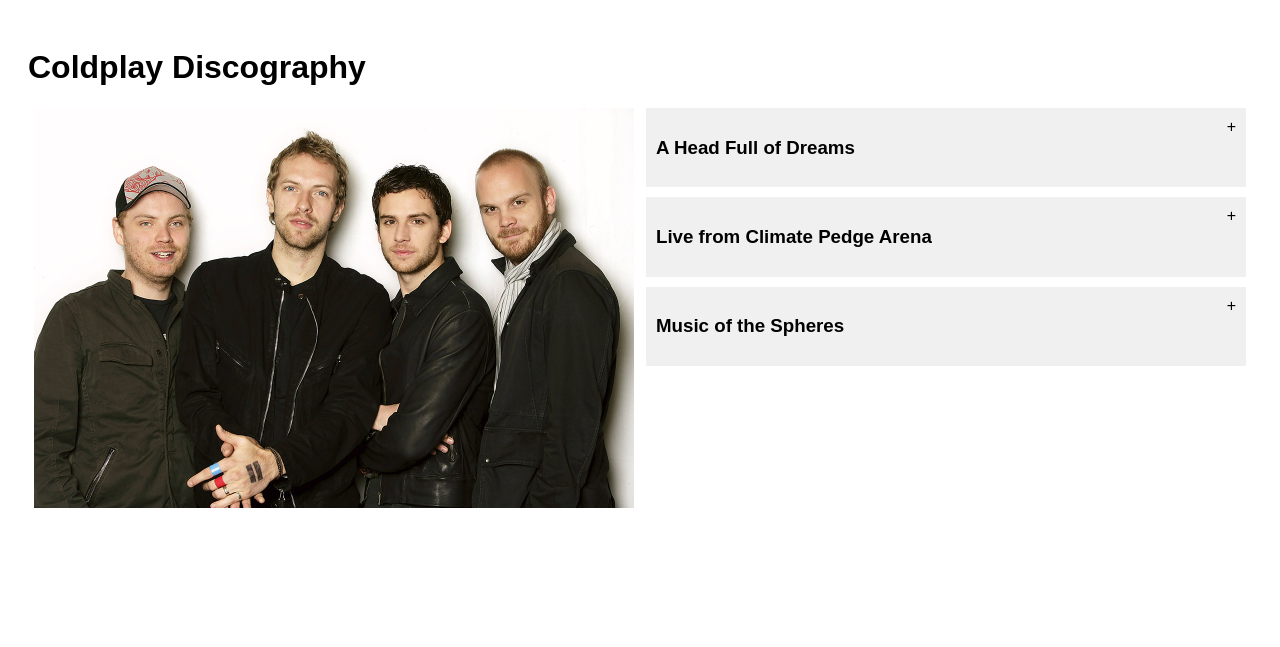
Repository: MelissaJacobi/Frontend-lab-1
Page: /
The author's editor kept a copy of each file at every save. The page is drawn from the files as they stood at one save, then again after the next save.
The browser window is 1280 px wide. The pictures show the whole page.
The project was rebuilt for these pictures with package versions that can differ from the ones it lists, and the page was loaded fresh each time. Also part of the build but not shown: vite.config.js.

Above is the page before, as saved 2024-09-11 11:53:12.

### src/App.jsx
import React from 'react';
import './index.css';
import Accordion from './Components/Accordion';

function App() {
  return (
    <div className="app">
      <h1>Coldplay Discography</h1>
      <div className='content'>
        <img className="accordion" src="/public/Coldplay-All-Members.jpg" alt="coldplay members"></img>
        <Accordion />
      </div>
    </div>
  );
}

export default App;

### src/index.css
.app {
  font-family: sans-serif;
  padding: 20px;
}

.accordion {
  width: 100%;
  max-width: 600px;
  margin: 0 auto;
}

.band-img {
  width: 600px;
  height: 500px;
  margin: 0 auto;
}

.accordion-item {
  margin-bottom: 10px;
}

.accordion-header {
  padding: 10px;
  cursor: pointer;
  display: flex;
  justify-content: space-between;
  background-color: #f0f0f0;
}

.accordion-content {
  padding: 10px;
  background-color: #fff;
}

.accordion-header:hover {
  background-color: #e0e0e0;
}

.content {
  display: flex;
  justify-content: center;
}

### src/Components/Accordion.jsx
import React, { useState } from 'react';

const AccordionItem = ({ title, content }) => {
  const [isOpen, setIsOpen] = useState(false);

  const toggleAccordion = () => {
    setIsOpen(!isOpen);
  };

  return (
    <div className="accordion-item">
      <div className="accordion-header" onClick={toggleAccordion}>
        <h3>{title}</h3>
        <span>{isOpen ? '-' : '+'}</span>
      </div>
      {isOpen && (
        <div className="accordion-content">
          {content.map((item, index) => (
            <p key={index}>{item}</p>
          ))}
        </div>
      )}
    </div>
  );
};

const Accordion = () => {
  const accordionData = [
    {
      title: 'A Head Full of Dreams',
      content: ['A Head Full of Dreams', 'Birds', 'Hymn For the Weekend', 'Everglow', 'Adventure of a Lifetime', 'Fun', 'keleidoscope', 'Army of One', 'Amazing day', 'Color Spectrum', 'Up&Up', 'Something just like this'],
    },
    {
      title: 'Live from Climate Pedge Arena',
      content: ['Viva la Vida', 'Human Heart', 'People of Pride', 'Fix you'],
    },
    {
      title: 'Music of the Spheres',
      content: ['Music of the Spheres', 'Higher power', 'Humankind', 'Alien Choir', 'Let somebody go', 'Biutyful', 'my universe', 'infinity sign', 'Coloratura', 'higher power', 'My Universe'],
    },
  ];

  return (
    <div className="accordion">
      {accordionData.map((item, index) => (
        <AccordionItem key={index} title={item.title} content={item.content} />
      ))}
    </div>
  );
};

export default Accordion;

Loaded but not shown: index.html (common file); src/main.jsx (common file)

After the next save:
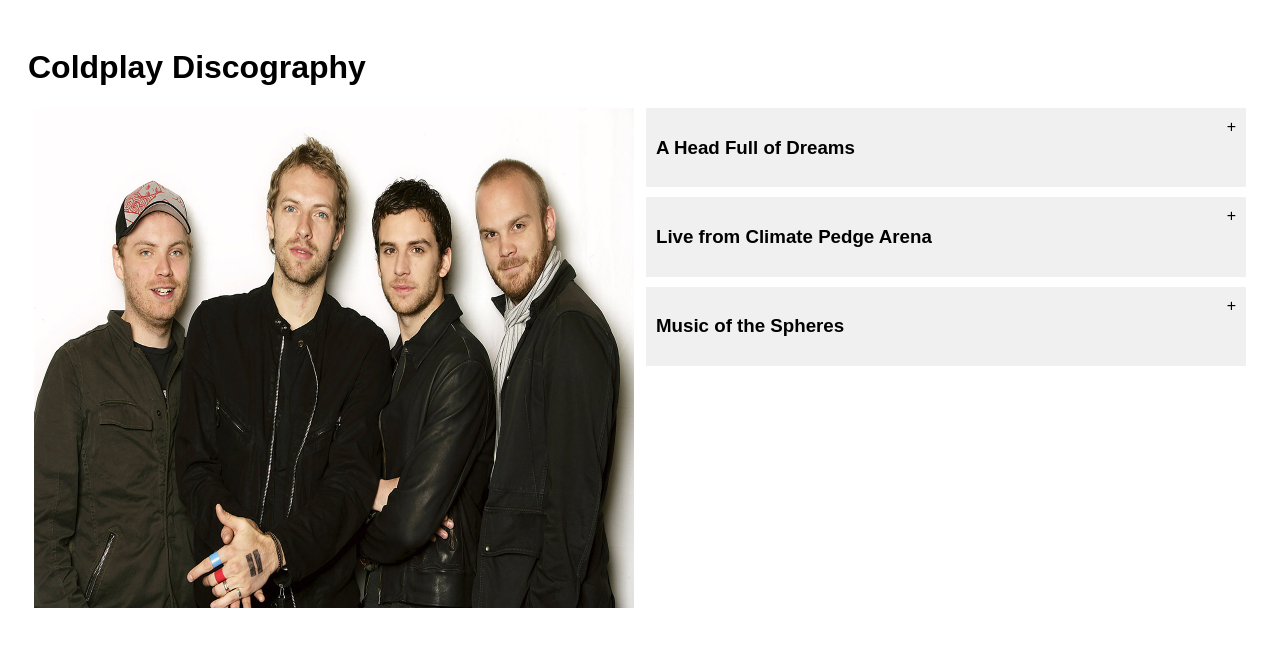
Saved 6 s later.
--- a/src/App.jsx
+++ b/src/App.jsx
@@ -7,7 +7,7 @@
     <div className="app">
       <h1>Coldplay Discography</h1>
       <div className='content'>
-        <img className="accordion" src="/public/Coldplay-All-Members.jpg" alt="coldplay members"></img>
+        <img className="band-img" src="/public/Coldplay-All-Members.jpg" alt="coldplay members"></img>
         <Accordion />
       </div>
     </div>

After the save that followed:
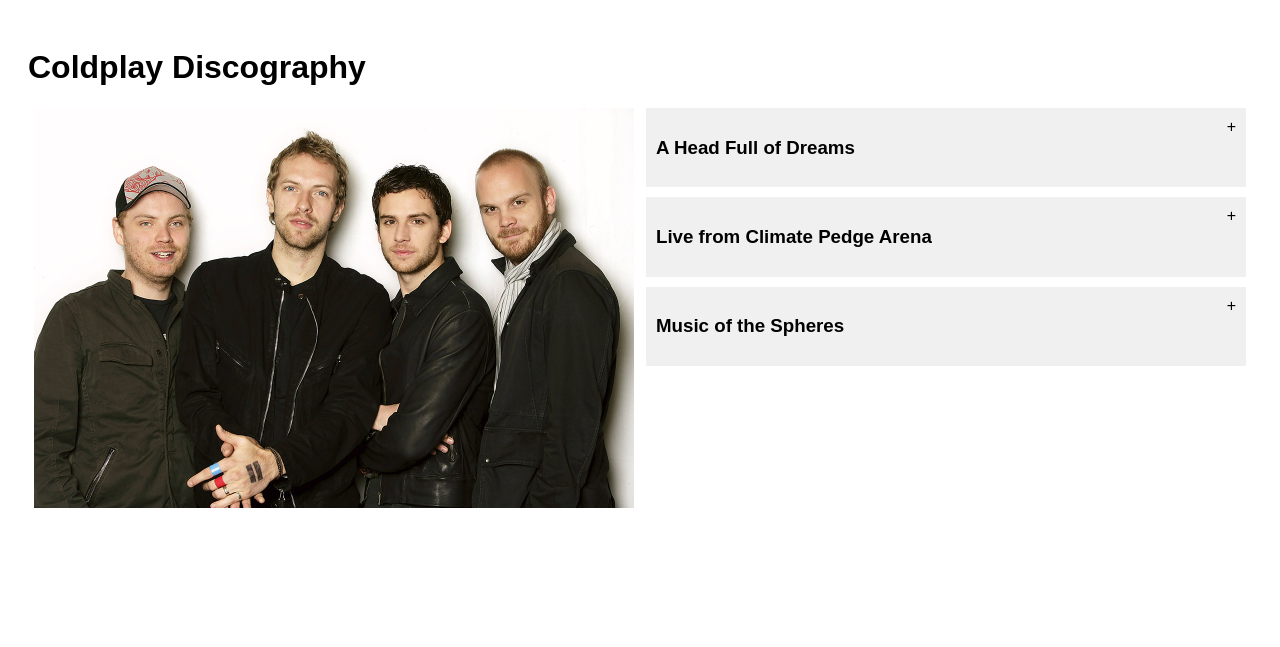
Saved 14 s later.
--- a/src/index.css
+++ b/src/index.css
@@ -11,7 +11,7 @@
 
 .band-img {
   width: 600px;
-  height: 500px;
+  height: 100%;
   margin: 0 auto;
 }
 
